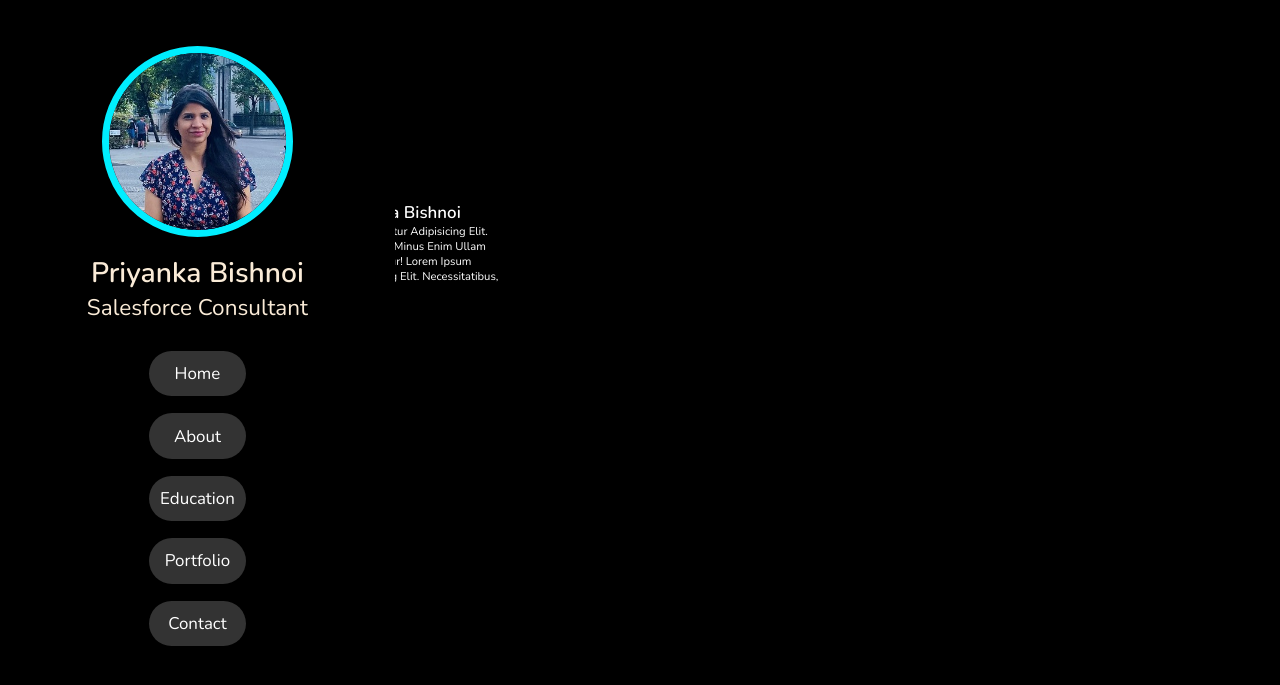
Repository: priyanka-bishnoi/PortfolioPage
Page: MyPage.html
An editor plug-in stored every save of this project. The page is shown before and after the next save, followed by the edit.
The browser window is 1280 px wide. The pictures show the whole page.

Above is the page before, as saved 2022-10-08 16:44:57.

After the next save:
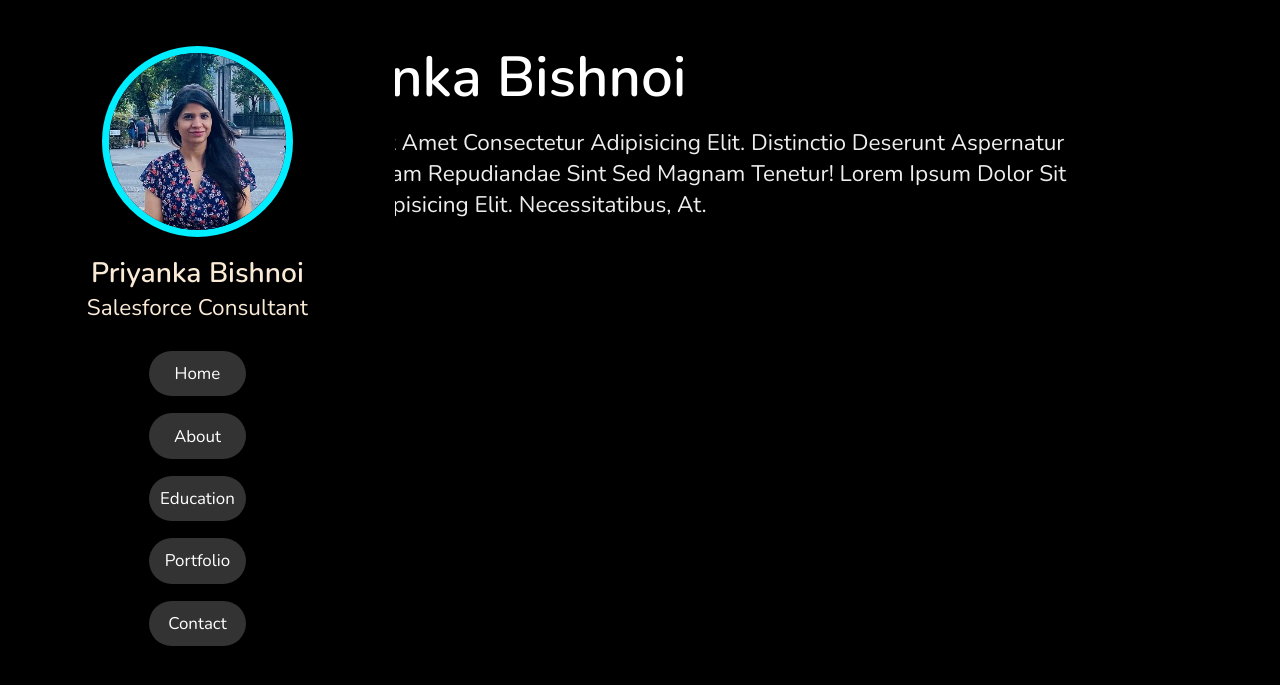
Saved 102 s later.
--- a/css/style.css
+++ b/css/style.css
@@ -73,16 +73,29 @@ header .navBar ul li a:hover{
 }
 
 
-.home {
-    padding-left: 35rem;
-    width: 594.8px;
-    display: block;
-    height: 500px;
-    width: 500px;
-    padding-left: 200px;
-    color: white;
+.home{
+    display: flex;
     justify-content: center;
-    display: flex;
-    flex-wrap: wrap;
-    align-content: center;
+    flex-flow: column;
+    padding:0 15rem;
 }
+
+.home h3{
+    font-size: 2.5rem;
+    color:#fff;
+}
+
+.home h1{
+    font-size:5rem;
+    color:#fff;
+}
+
+.home h1 span{
+    color:var(--yellow);
+}
+
+.home p{
+    font-size:2rem;
+    color:#eee;
+    padding: 1rem 0;
+}
